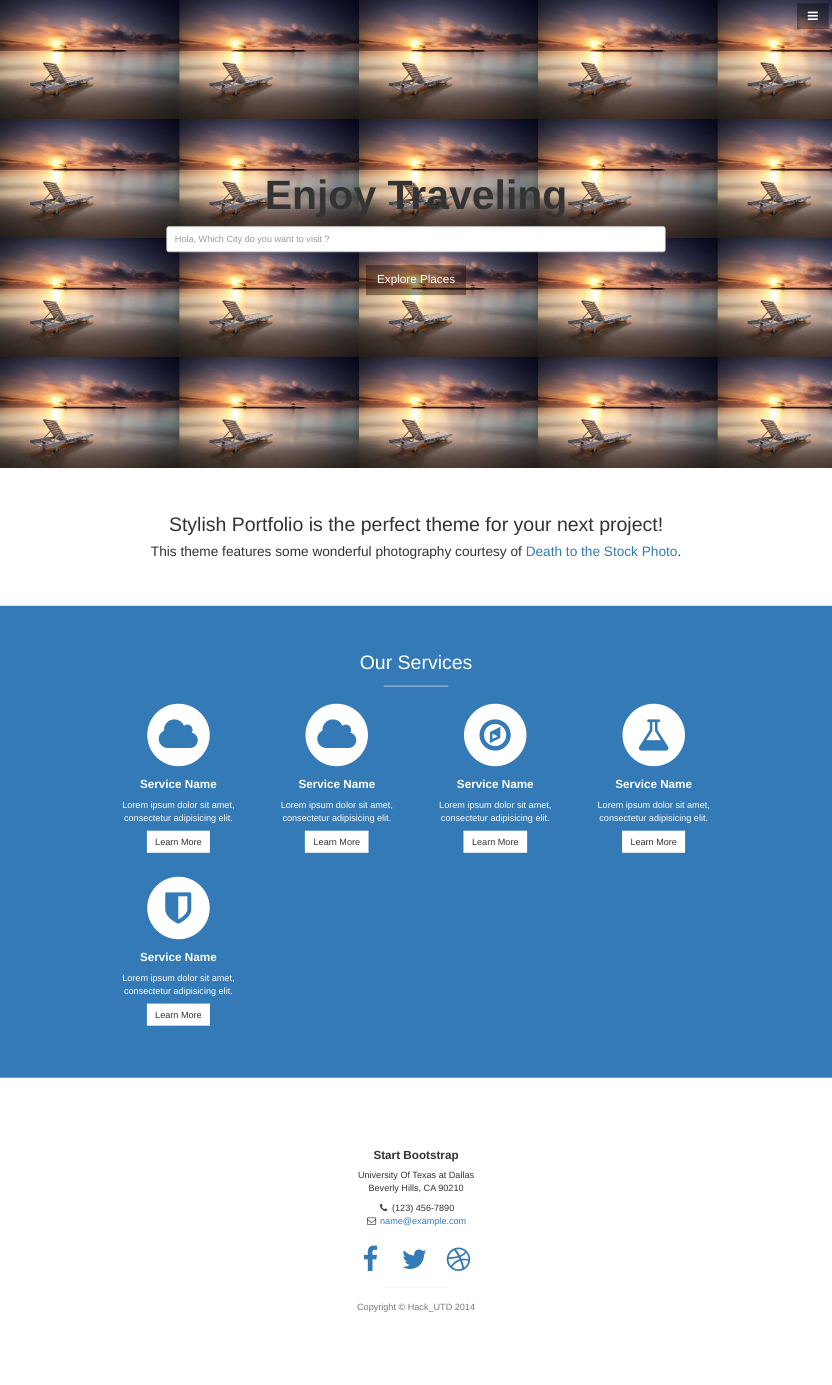
Repository: thomasronk/UTD_Hack
Page: http://localhost/route/Search
These files come from the project's save history. The page is drawn as it stood at one moment and after the next save; the edit follows.
The browser window is 1280 px wide. The pictures show the whole page, at 65% of full size.
Some web fonts or font styles are not loaded; a fallback is used. The page is served by Tomcat 9.

Above is the page before, as saved 2015-01-18 08:57:06.

After the next save:
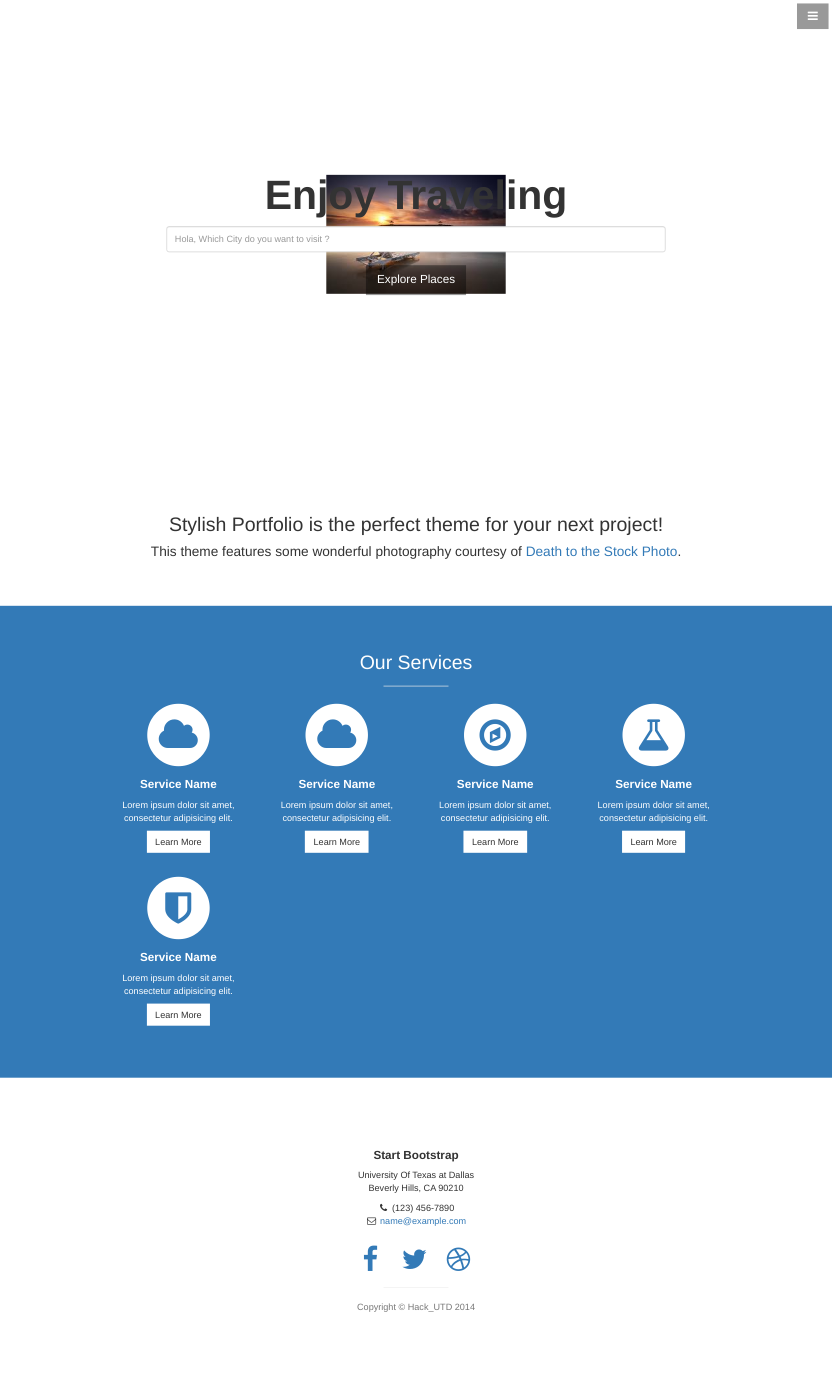
Saved 91 s later.
--- a/UTDHackWorkSpace/route/WebContent/WEB-INF/main.jsp
+++ b/UTDHackWorkSpace/route/WebContent/WEB-INF/main.jsp
@@ -228,7 +228,7 @@
     	var cnt = 0;
     	setInterval(function () {
     	    cnt == images.length-1 ? cnt = 0 : ++cnt;
-    	    var background = "url(img/"+images[cnt]+")";
+    	    var background = "url(img/"+images[cnt]+")" + "no-repeat center center scroll";
     	    //$(".header").css("background", "url(" + url + ")");
     	    $(".header").css("background", background);
     	}, 3000);
